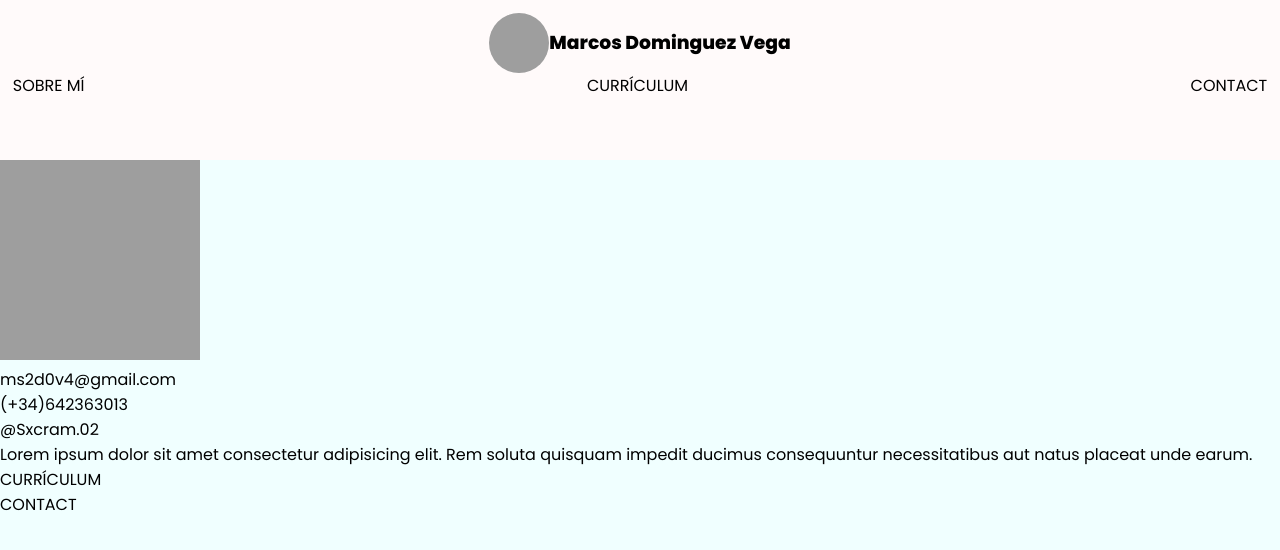
Repository: Sxcram02/Portfoliov.2
Page: index.html
These files come from the project's save history. The page is drawn as it stood at one moment and after a run of saves; the edit follows.
The browser window is 1280 px wide. The pictures show the whole page.
Pictures or frames that could not be fetched are drawn as grey boxes.

Above is the page before, as saved 2023-04-10 23:49:57.

### index.html
<!DOCTYPE html>
<html lang="en">
<head>
    <meta charset="UTF-8">
    <meta http-equiv="X-UA-Compatible" content="IE=edge">
    <meta name="viewport" content="width=device-width, initial-scale=1.0">
    <link rel="stylesheet" href="css/style.css" />
    <link rel="shortcut icon" href="https://picsum.photo/160" type="image/x-icon" />
    <title>miPortFolio</title>
</head>
<body>
    <div class="root">
        <header>
            <div class="box-porfile">
                <img src="https://picsum.photos/200" alt="porfile" />
                <h3 class="name">Marcos Dominguez Vega</h3>
            </div>
            <nav>
                <ul class="nav-bar">
                    <li>SOBRE MÍ</li>
                    <li>CURRÍCULUM</li>
                    <li>CONTACT</li>
                </ul>
            </nav>
        </header>
        <main>
            <section class="sobreMi">
                <article class="box-image">
                    <img src="https://picsum.photos/200" alt="porfile" />
                    <ul class="redes">
                        <li>ms2d0v4@gmail.com</li>
                        <li>(+34)642363013</li>
                        <li>@Sxcram.02</li>
                    </ul>
                </article>
                <article class="info">
                    <p>Lorem ipsum dolor sit amet consectetur adipisicing elit. Rem soluta quisquam impedit ducimus consequuntur necessitatibus aut natus placeat unde earum.</p>
                    <ul class="nav-bar2">
                        <li>CURRÍCULUM</li>
                        <li>CONTACT</li>
                    </ul>
                </article>
            </section>
        </main>
    </div>
</body>
</html>

### css/style.css
@import url('https://fonts.googleapis.com/css2?family=Poppins:ital,wght@0,400;0,500;0,600;0,800;0,900;1,400&display=swap');

* {
    margin: 0;
    padding: 0;
    box-sizing: border-box;
    font-family: 'Poppins',sans-serif;
    list-style: none;
}

.root {
    width: 100vw;
    height: 100vh;
    background-color: azure;
}

header {
    width: 100%;
    height: 10em;
    padding: 1%;
    background-color: snow;
    display: flex;
    flex-direction: column;
    align-items: center;
}

.box-porfile {
    display: flex;
    align-items: center;
    text-align: center;
}

.box-porfile > img {
    width: 60px;
    height: 60px;
    border-radius: 100%;
}

nav {
    width: 100%;
}

.nav-bar {
    display: flex;
    align-items: center;
    justify-content: space-between;
}

After the next 3 saves:
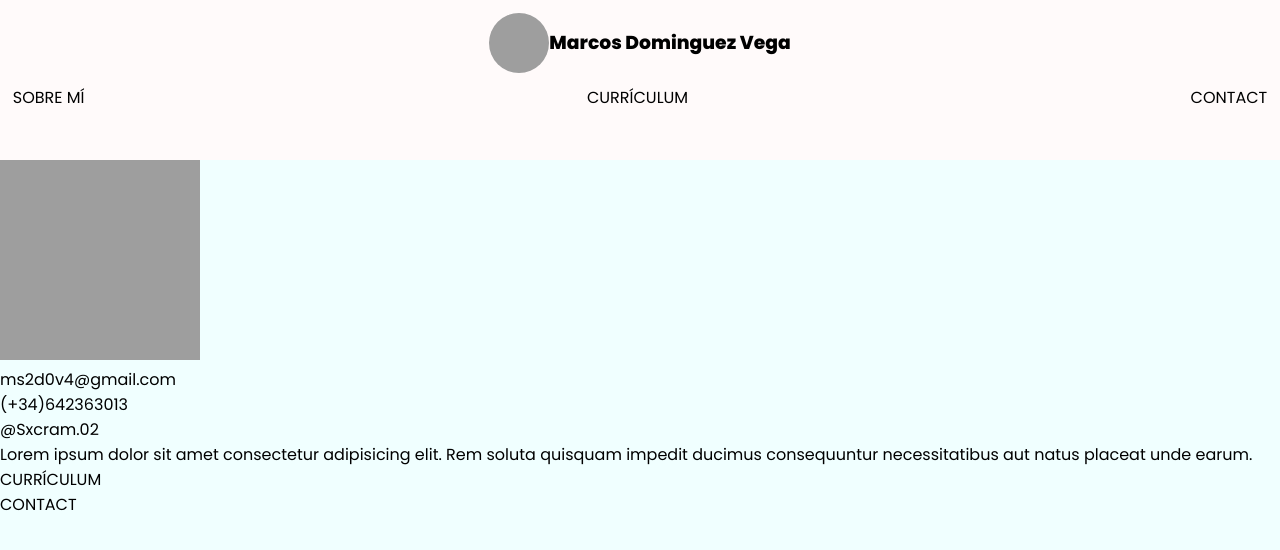
The 3 saves are shown as one change because they came seconds apart.
The last was saved 20 s later.
--- a/css/style.css
+++ b/css/style.css
@@ -38,6 +38,7 @@ header {
 
 nav {
     width: 100%;
+    margin-top: 1%;
 }
 
 .nav-bar {
